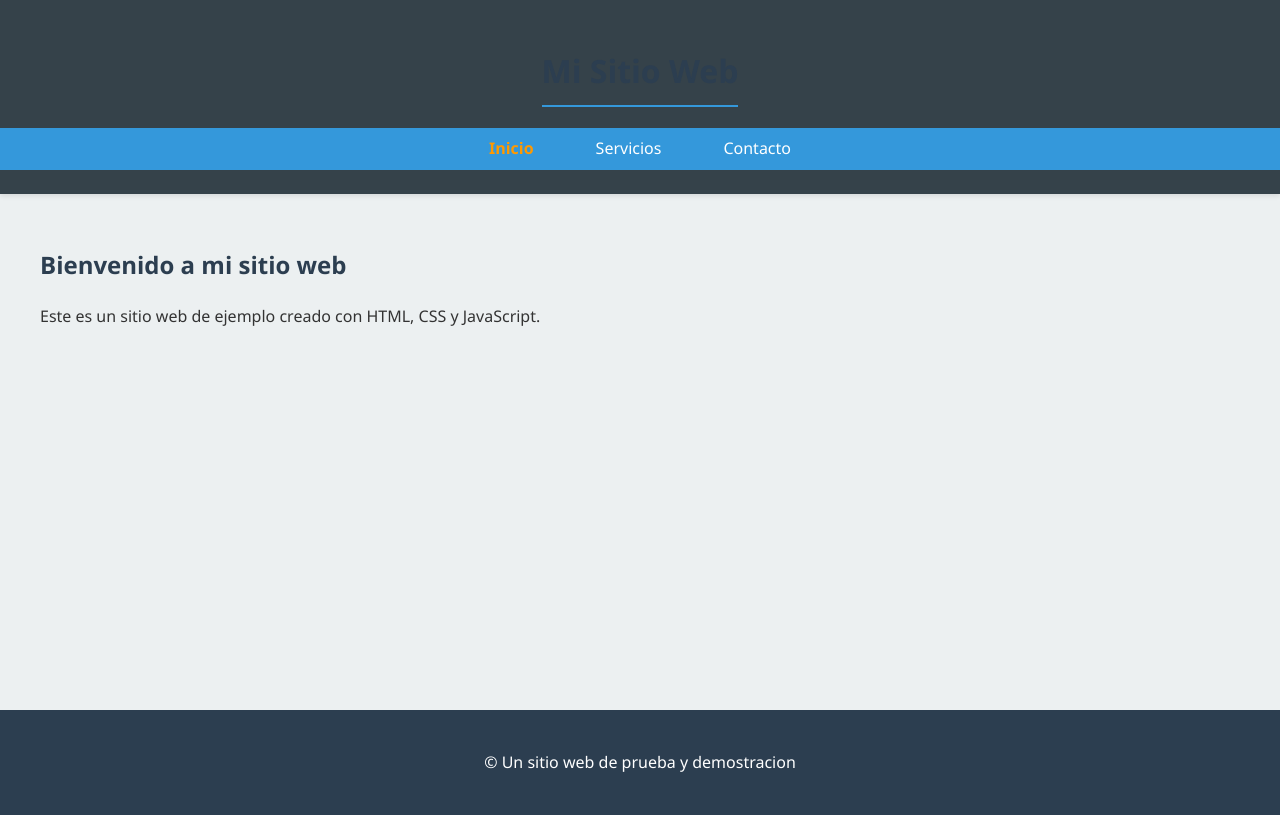
Repository: Sevanjo/Pagina_web
Page: HTML/index.html
These files come from the project's save history. The page is drawn as it stood at one moment and after the next save; the edit follows.
The browser window is 1280 px wide. The pictures show the whole page.

Above is the page before, as saved 2025-04-20 19:26:30.

### HTML/index.html
<!DOCTYPE html>
<html lang="es">
<head>
    <meta charset="UTF-8">
    <meta name="viewport" content="width=device-width, initial-scale=1.0">
    <title>Mi Sitio Web - Inicio</title>
    <link rel="stylesheet" href="../CSS/styles.css">
</head>
<body>
    <header>
        <h1>Mi Sitio Web</h1>
        <nav>
            <ul>
                <li><a href="index.html">Inicio</a></li>
                <li><a href="servicios.html">Servicios</a></li>
                <li><a href="contacto.html">Contacto</a></li>
            </ul>
        </nav>
    </header>

    <main>
        <section>
            <h2>Bienvenido a mi sitio web</h2>
            <p>Este es un sitio web de ejemplo creado con HTML, CSS y JavaScript.</p>
        </section>
    </main>

    <footer>
        <p>&copy; Un sitio web de prueba y demostracion</p>
    </footer>

    <script src="js/script.js"></script>
</body>
</html>

### CSS/styles.css
/* Variables de color */
:root {
    --primary-color: #2c3e50;
    --secondary-color: #3498db;
    --accent-color: #e74c3c;
    --light-color: #ecf0f1;
    --dark-color: #2c3e50;
    --text-color: #333333;
    --text-light: #ffffff;
}

/* Estilos generales */
body {
    font-family: 'Segoe UI', Tahoma, Geneva, Verdana, sans-serif;
    line-height: 1.6;
    margin: 0;
    padding: 0;
    color: var(--text-color);
    background-color: var(--light-color);
}

header {
    background: var(--primary-color);
    color: var(--text-light);
    padding: 1.5rem 0;
    text-align: center;
    box-shadow: 0 2px 5px rgba(0,0,0,0.1);
}

nav {
    background: var(--secondary-color);
    padding: 0.5rem 0;
}

nav ul {
    padding: 0;
    list-style: none;
    text-align: center;
    margin: 0;
    display: flex;
    justify-content: center;
}

nav li {
    margin: 0 15px;
}

nav a {
    color: var(--text-light);
    text-decoration: none;
    padding: 0.5rem 1rem;
    border-radius: 4px;
    transition: all 0.3s ease;
}

nav a:hover {
    background: rgba(255,255,255,0.2);
}

main {
    padding: 2rem;
    max-width: 1200px;
    margin: 0 auto;
    min-height: calc(100vh - 300px); /* Ajuste para el footer */
}

footer {
    background: var(--primary-color);
    color: var(--text-light);
    text-align: center;
    padding: 1.5rem;
    margin-top: 2rem;
}

/* Estilos para títulos */
h1, h2, h3 {
    color: var(--primary-color);
}

h1 {
    border-bottom: 2px solid var(--secondary-color);
    padding-bottom: 0.5rem;
    display: inline-block;
}

/* Botones */
button, .button {
    background: var(--secondary-color);
    color: var(--text-light);
    border: none;
    padding: 0.6rem 1.2rem;
    border-radius: 4px;
    cursor: pointer;
    transition: all 0.3s ease;
}

button:hover, .button:hover {
    background: var(--accent-color);
    transform: translateY(-2px);
}

/* Efectos adicionales */
.card {
    background: white;
    border-radius: 8px;
    padding: 1.5rem;
    margin: 1rem 0;
    box-shadow: 0 2px 10px rgba(0,0,0,0.1);
    transition: transform 0.3s ease;
}

.card:hover {
    transform: translateY(-5px);
}

### JS/script.js
// Función para manejar el envío del formulario
document.getElementById('contactForm')?.addEventListener('submit', function(e) {
    e.preventDefault();

    const name = document.getElementById('name').value;
    const email = document.getElementById('email').value;
    const message = document.getElementById('message').value;

    // Validación simple
    if (name && email && message) {
        alert(`Gracias ${name}, tu mensaje ha sido enviado. Te responderemos a ${email} pronto.`);
        this.reset();
    } else {
        alert('Por favor completa todos los campos.');
    }
});

// Cambiar el color del encabezado al hacer scroll
window.addEventListener('scroll', function() {
    const header = document.querySelector('header');
    if (window.scrollY > 50) {
        header.style.backgroundColor = '#222';
    } else {
        header.style.backgroundColor = '#35424a';
    }
});

// Resaltar el enlace de la página actual
document.addEventListener('DOMContentLoaded', function() {
    const currentPage = location.pathname.split('/').pop();
    const links = document.querySelectorAll('nav a');

    links.forEach(link => {
        if (link.getAttribute('href') === currentPage) {
            link.style.fontWeight = 'bold';
            link.style.color = '#ff9900';
        }
    });
});

After the next save:
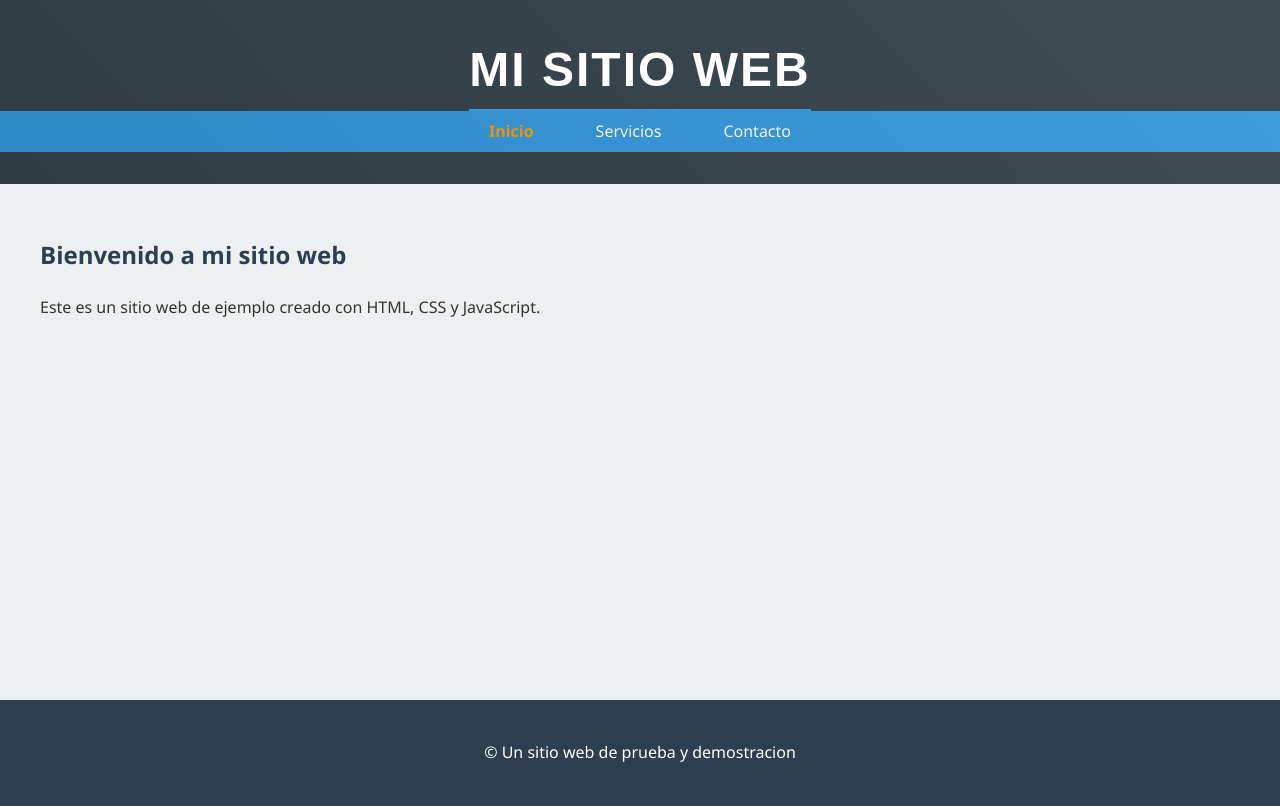
Saved 30 s later.
--- a/CSS/styles.css
+++ b/CSS/styles.css
@@ -20,11 +20,35 @@
 }
 
 header {
-    background: var(--primary-color);
-    color: var(--text-light);
-    padding: 1.5rem 0;
+    background-color: #2c3e50; /* Color de fondo del header */
+    padding: 2rem 0;
     text-align: center;
-    box-shadow: 0 2px 5px rgba(0,0,0,0.1);
+    position: relative;
+    overflow: hidden;
+}
+
+header h1 {
+    color: #ffffff; /* Color del texto */
+    font-family: 'Poppins', sans-serif;
+    font-size: 3rem;
+    font-weight: 700;
+    margin: 0;
+    padding: 0;
+    position: relative;
+    z-index: 1;
+    text-transform: uppercase;
+    letter-spacing: 2px;
+}
+
+/* Efecto decorativo opcional */
+header::after {
+    content: '';
+    position: absolute;
+    top: 0;
+    left: 0;
+    width: 100%;
+    height: 100%;
+    background: linear-gradient(45deg, rgba(0,0,0,0.1) 0%, rgba(255,255,255,0.05) 100%);
 }
 
 nav {

After the save that followed:
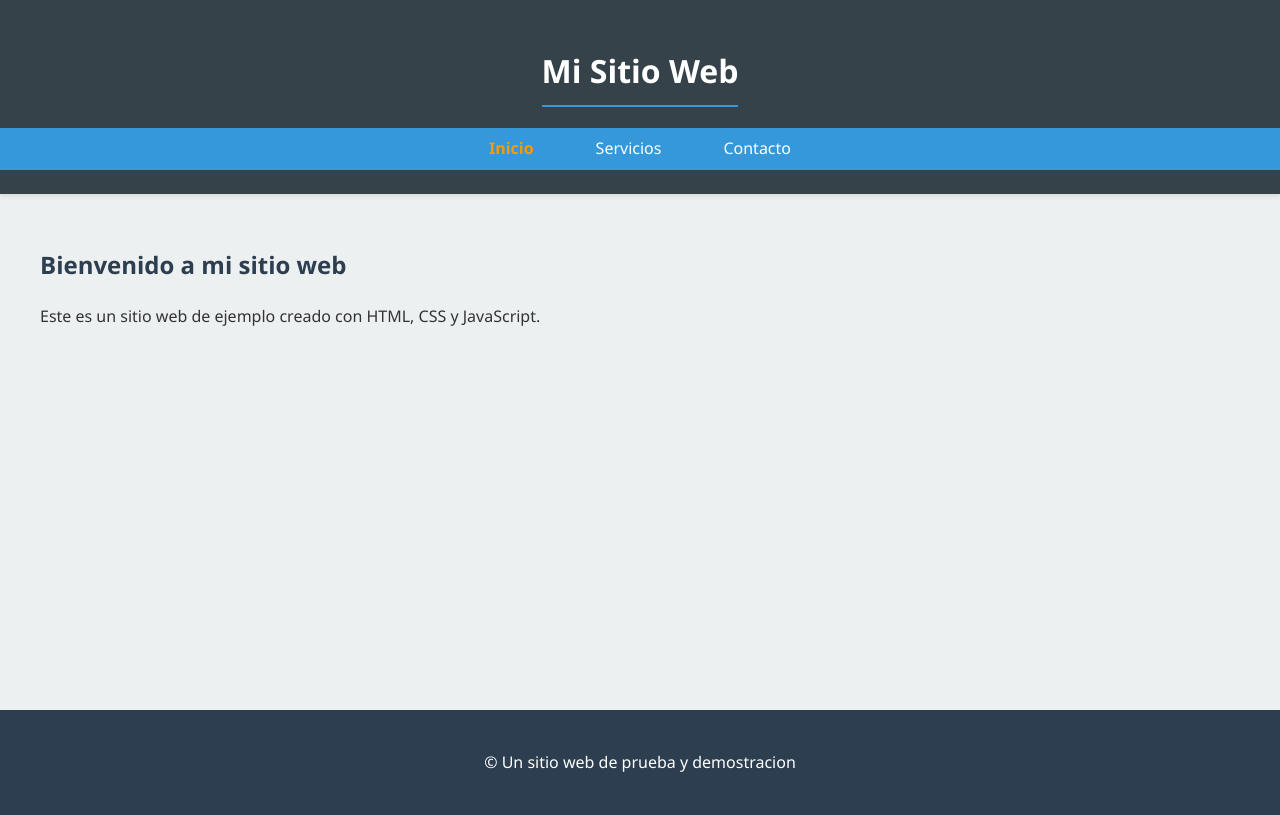
Saved 42 s later.
--- a/CSS/styles.css
+++ b/CSS/styles.css
@@ -20,35 +20,14 @@
 }
 
 header {
-    background-color: #2c3e50; /* Color de fondo del header */
-    padding: 2rem 0;
+    background: var(--primary-color);
+    color: var(--text-light);
+    padding: 1.5rem 0;
     text-align: center;
-    position: relative;
-    overflow: hidden;
+    box-shadow: 0 2px 5px rgba(0,0,0,0.1);
 }
-
 header h1 {
     color: #ffffff; /* Color del texto */
-    font-family: 'Poppins', sans-serif;
-    font-size: 3rem;
-    font-weight: 700;
-    margin: 0;
-    padding: 0;
-    position: relative;
-    z-index: 1;
-    text-transform: uppercase;
-    letter-spacing: 2px;
-}
-
-/* Efecto decorativo opcional */
-header::after {
-    content: '';
-    position: absolute;
-    top: 0;
-    left: 0;
-    width: 100%;
-    height: 100%;
-    background: linear-gradient(45deg, rgba(0,0,0,0.1) 0%, rgba(255,255,255,0.05) 100%);
 }
 
 nav {
